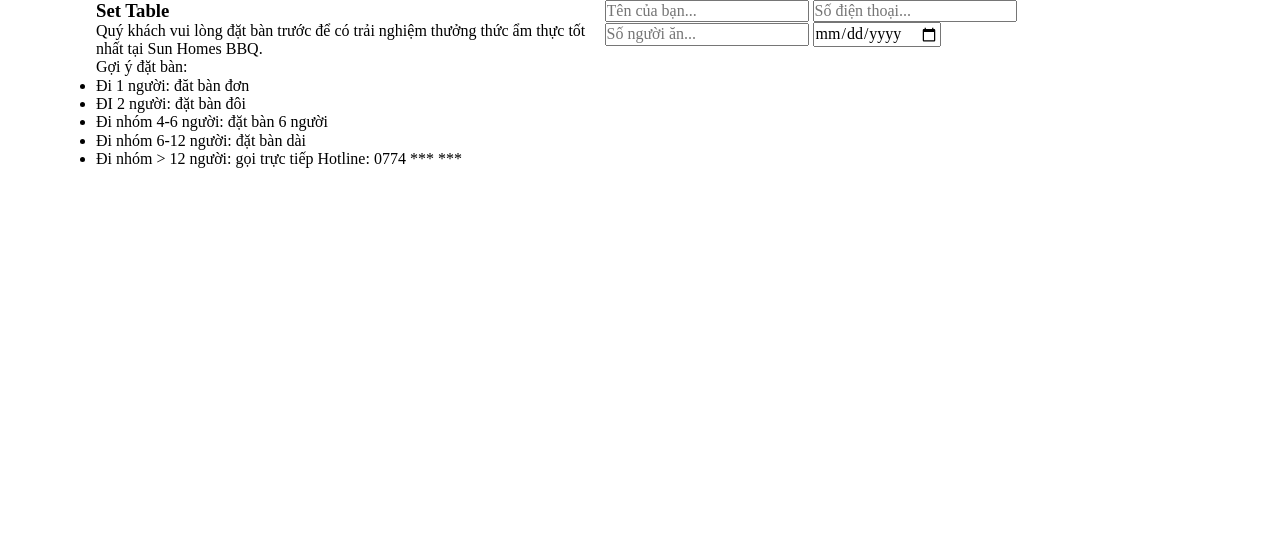
Repository: QUANGTHAI2003/sunhomesbbq
Page: DatBan.html
An editor plug-in stored every save of this project. The page is shown before and after the next save, followed by the edit.
The browser window is 1280 px wide. The pictures show the whole page.
Some web fonts or font styles are not loaded; a fallback is used.

Above is the page before, as saved 2022-02-13 12:30:17.

After the next save:
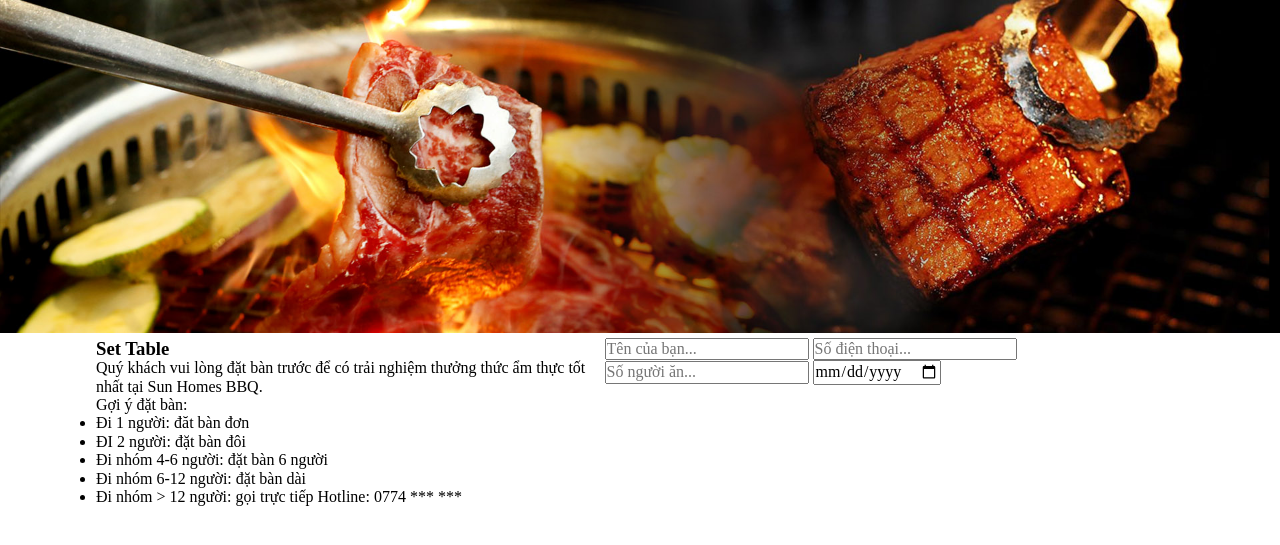
Saved 37 s later.
--- a/DatBan.html
+++ b/DatBan.html
@@ -13,6 +13,7 @@
     <title>Document</title>
 </head>
 <body>
+    <img src="img/banner.jpg" width="100%" top="0" alt="">
     <div class="wrapper">
         <div class="set-table">
             <h3 class="heading-DB">Set Table</h3>
